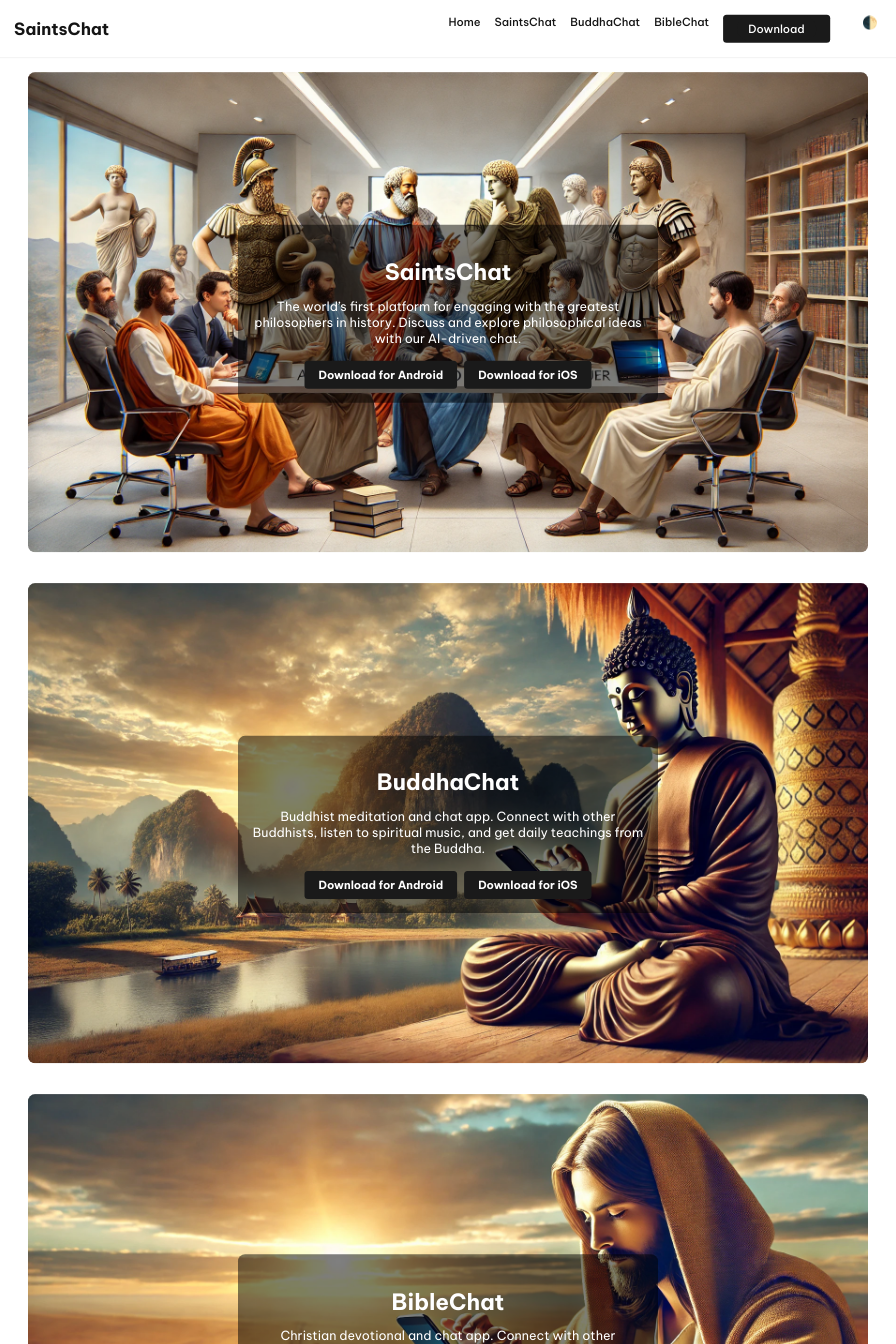
Repository: HSfac/EthosMindWeb
Page: /download
These files come from the project's save history. The page is drawn as it stood at one moment and after the next save; the edit follows.
The browser window is 1280 px wide. The pictures show the part of the page from y = 0 to 1920 px (the page is 2702 px tall), at 70% of full size.
The project was rebuilt for these pictures with package versions that can differ from the ones it lists, and the page was loaded fresh each time. Also part of the build but not shown: src/pages/Home.css, src/pages/Home.jsx, src/pages/SaintsChat.css, src/pages/SaintsChat.jsx, src/pages/BuddhaChat.css, src/pages/BuddhaChat.jsx, src/pages/BibleChat.css, src/pages/BibleChat.jsx.

Above is the page before, as saved 2024-07-19 21:57:25.

After the next save:
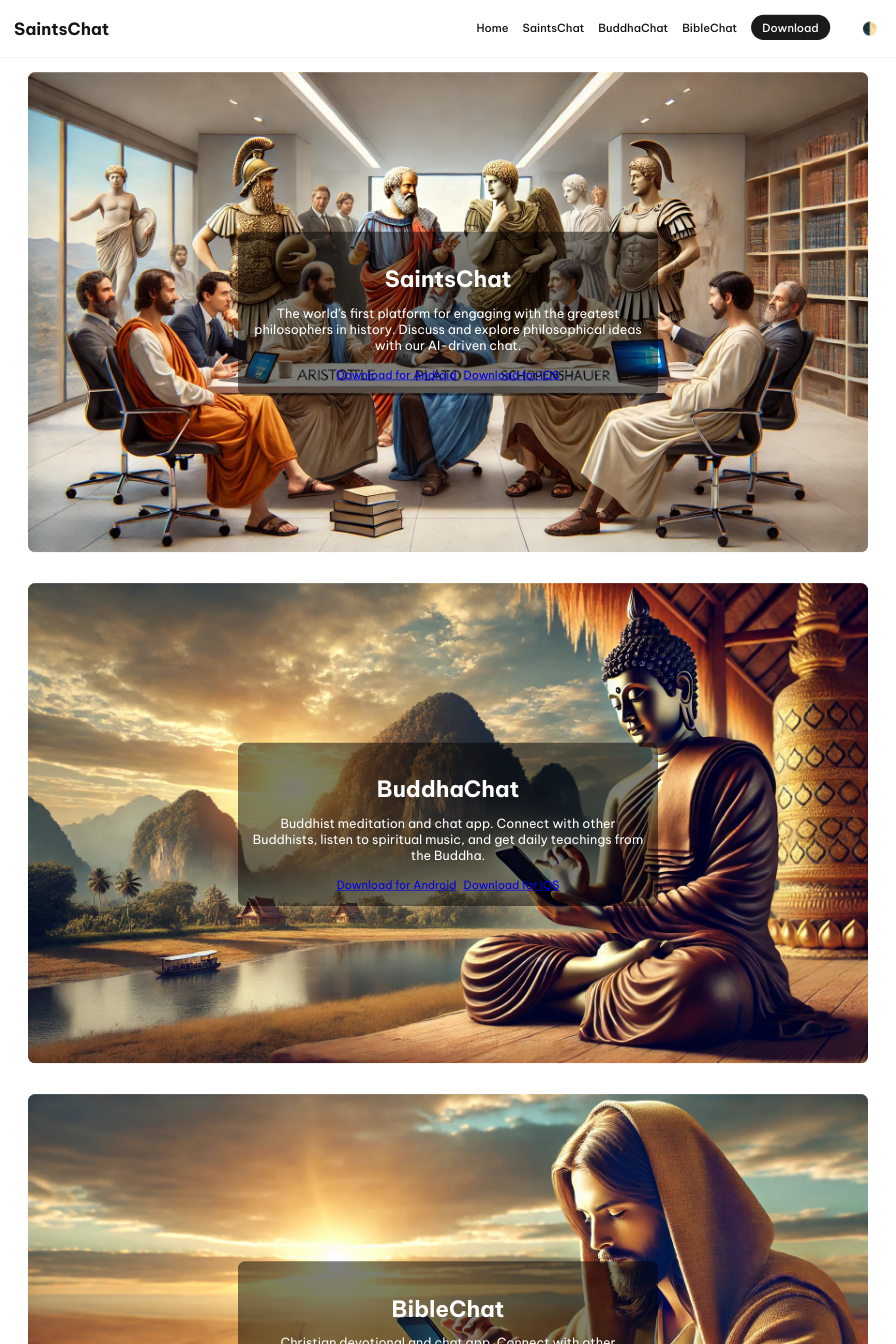
Saved 4 s later.
--- a/src/pages/Download.css
+++ b/src/pages/Download.css
@@ -45,15 +45,3 @@
   gap: 10px;
   justify-content: center;
 }
-
-.download-button {
-  background-color: #1a1a1a;
-  color: white;
-  padding: 10px 20px;
-  border: none;
-  border-radius: 5px;
-  cursor: pointer;
-  font-size: 16px;
-  font-weight: bold;
-  text-decoration: none;
-}

After the save that followed:
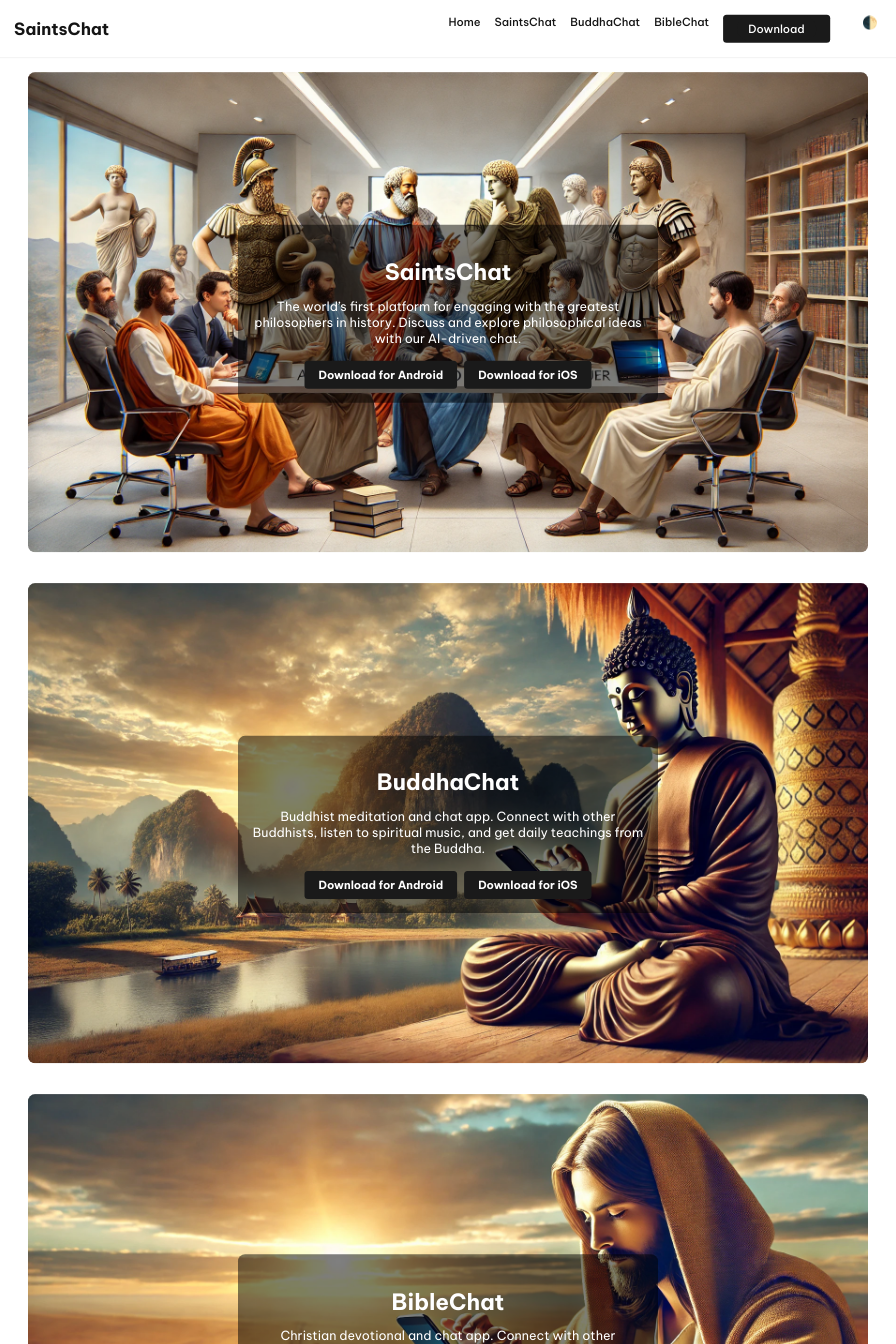
Saved 10 s later.
--- a/src/pages/Download.css
+++ b/src/pages/Download.css
@@ -45,3 +45,62 @@
   gap: 10px;
   justify-content: center;
 }
+.download-main {
+  padding: 20px 40px;
+}
+
+.download-section {
+  margin-bottom: 40px;
+  position: relative;
+  text-align: center;
+  color: white;
+}
+
+.download-image-container {
+  position: relative;
+}
+
+.download-image {
+  width: 100%;
+  border-radius: 10px;
+}
+
+.download-content {
+  position: absolute;
+  top: 50%;
+  left: 50%;
+  transform: translate(-50%, -50%);
+  background: rgba(0, 0, 0, 0.5); /* Optional: to add a slight background for readability */
+  padding: 20px;
+  border-radius: 10px;
+  max-width: 90%;
+}
+
+.download-title {
+  font-size: 32px;
+  font-weight: bold;
+  margin-bottom: 10px;
+}
+
+.download-description {
+  font-size: 18px;
+  margin-bottom: 20px;
+}
+
+.download-buttons {
+  display: flex;
+  gap: 10px;
+  justify-content: center;
+}
+
+.download-button {
+  background-color: #1a1a1a;
+  color: white;
+  padding: 10px 20px;
+  border: none;
+  border-radius: 5px;
+  cursor: pointer;
+  font-size: 16px;
+  font-weight: bold;
+  text-decoration: none;
+}
